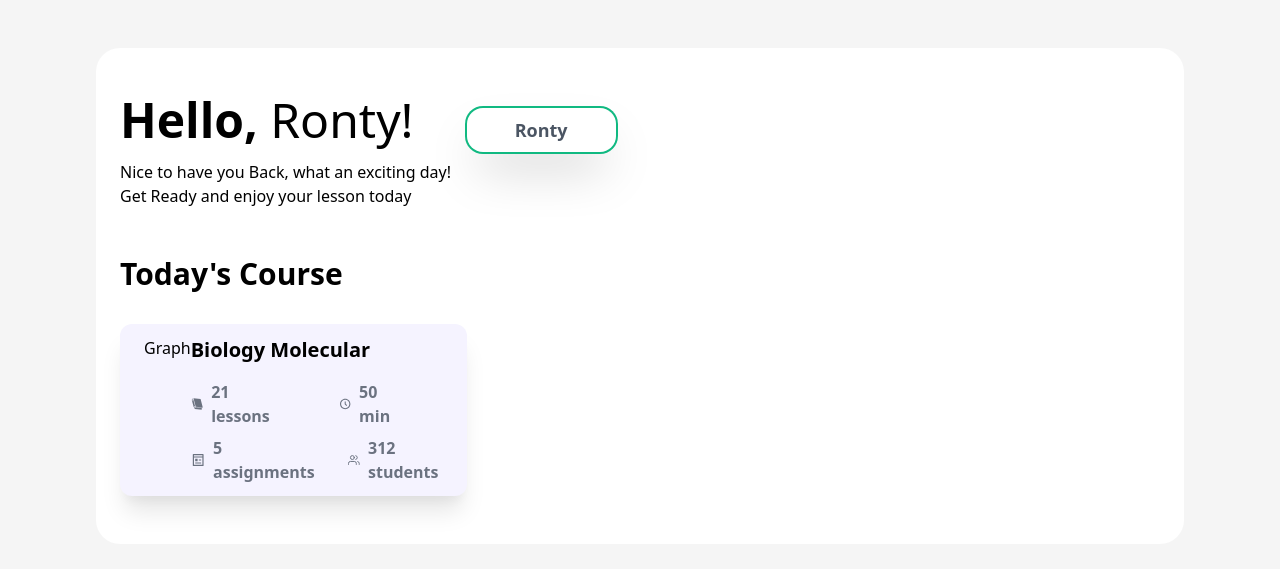
Repository: coolronts/Vite-Tailwind
Page: /
An editor plug-in stored every save of this project. The page is shown before and after the next save, followed by the edit.
The browser window is 1280 px wide. The pictures show the whole page.
The project was rebuilt for these pictures with package versions that can differ from the ones it lists, and the page was loaded fresh each time. Also part of the build but not shown: vite.config.js.

Above is the page before, as saved 2021-11-26 07:47:07.

### src/App.jsx
import './App.css'

import {Course, Intro} from './Section'
import { PrimaryButton, SecondaryButton } from './components/Button'

import {PrimaryCard} from './components/Card'
import SplitScreen from './components/SplitScreen'
import { useState } from 'react'

function App() {

  return (
    <div className="App bg-white my-12 mx-24 rounded-3xl px-6 py-12">
      <SplitScreen leftWeight = 'w-1/3'>
        <div id="left">
          <Intro/>
          <div id="course">
            <p className="text-3xl font-bold  font-sans mb-8">Today's Course</p>
            <PrimaryCard>
              <Course/>
            </PrimaryCard>
          </div>

        </div>

        <div id="right">
          <SecondaryButton name="Ronty"/>
        </div>


      </SplitScreen>
    </div>
  )
}

export default App

### src/Section/index.js
import Course from "./Course";
import Intro from "./Intro";

export { Intro, Course };

### src/components/Button/index.jsx
import React from 'react'

export const PrimaryButton = ({name}) =>{
  return (
    <button className="bg-green-500 px-12 py-2 ring-2 ring-green-500 text-white text-lg font-semibold shadow-2xl rounded-2xl mt-3">
      {name}
    </button>
  )
}

export const SecondaryButton = ({name}) =>{
  return (
    <button className="bg-white px-12 py-2 ring-2 ring-green-500 text-gray-600 text-lg font-semibold shadow-2xl rounded-2xl mt-3">
      {name}
    </button>
  )
}

### src/components/Card/index.jsx
import React from 'react'

export const PrimaryCard =({children})=> {
  return (
    <div className="bg-purple-50 py-3 px-6  rounded-xl shadow-xl">
      {children}
    </div>
  )
}

### src/components/SplitScreen/index.jsx
import PropTypes from 'prop-types'
import React from "react"
import tw from "tailwind-styled-components"

const Container = tw.div`${(props) => props.weight}`;

const Pane = tw.div`${(props) => props.weight}`;

const SplitScreen = ({
	children,
	containerWeight = 'flex w-full',
  leftWeight = 'w-1/2',
	rightWeight = 'w-1/2',
}) => {
	const [left, right] = children;
	return (
		<Container className={containerWeight}>
			<Pane className={leftWeight}>
				{left}
			</Pane>
			<Pane className={rightWeight}>
				{right}
			</Pane>
		</Container>
	);
}

export default SplitScreen

SplitScreen.propTypes = {
	children: PropTypes.arrayOf(PropTypes.node).isRequired,
	containerWeight: PropTypes.string,
	leftWeight: PropTypes.string,
	rightWeight: PropTypes.string,
}

### src/Section/Course/index.jsx
import {BiTimeFive} from 'react-icons/bi'
import {FiUsers} from 'react-icons/fi'
import { GiWhiteBook } from 'react-icons/gi'
import {PrimaryButton} from '../../components/Button'
import React from 'react'
import { RiPagesLine } from 'react-icons/ri'
import SplitScreen from '../../components/SplitScreen'

export default function Course() {
  return (
    <SplitScreen leftWeight = 'w-1/5' rightWeight = 'w-full'>
      <div id="left">
        Graph
      </div>
      <div id="right">
        <h4 className="font-bold text-xl mb-4">Biology Molecular</h4>
        <div className="flex flex-col w-5/6">
          <div className="flex  text-gray-500 font-semibold mb-2">
            <p className="flex items-center mr-16"> <GiWhiteBook className="mr-2"/>  21 lessons</p>
            <p className="flex items-center"> <BiTimeFive className="mr-2"/>  50 min</p>
          </div>
          <div className="flex  text-gray-500 font-semibold text-left">
            <p className="flex items-center mr-8"> <RiPagesLine className="mr-2"/>  5 assignments</p>
            <p className="flex items-center"> <FiUsers className="mr-2"/>  312 students</p>
          </div>
        </div>
      </div>
    </SplitScreen>
  )
}

### src/Section/Intro/index.jsx
import React from 'react'

export default function Intro({name}) {
  return (
    <div className="mb-12">
      <h3 className="text-5xl font-sans font-bold mb-4">Hello, <span className="font-light">Ronty!</span> </h3>
      <div className="font-semibold tracking-wide text-gray-500">

      </div>
      <h5>Nice to have you Back, what an exciting day!</h5>
      <h5>Get Ready and enjoy your lesson today</h5>
    </div>
  )
}

Loaded but not shown: index.html (common file); src/main.jsx (common file); src/index.css (common file); src/App.css (common file); tailwind.config.js (common file)

After the next save:
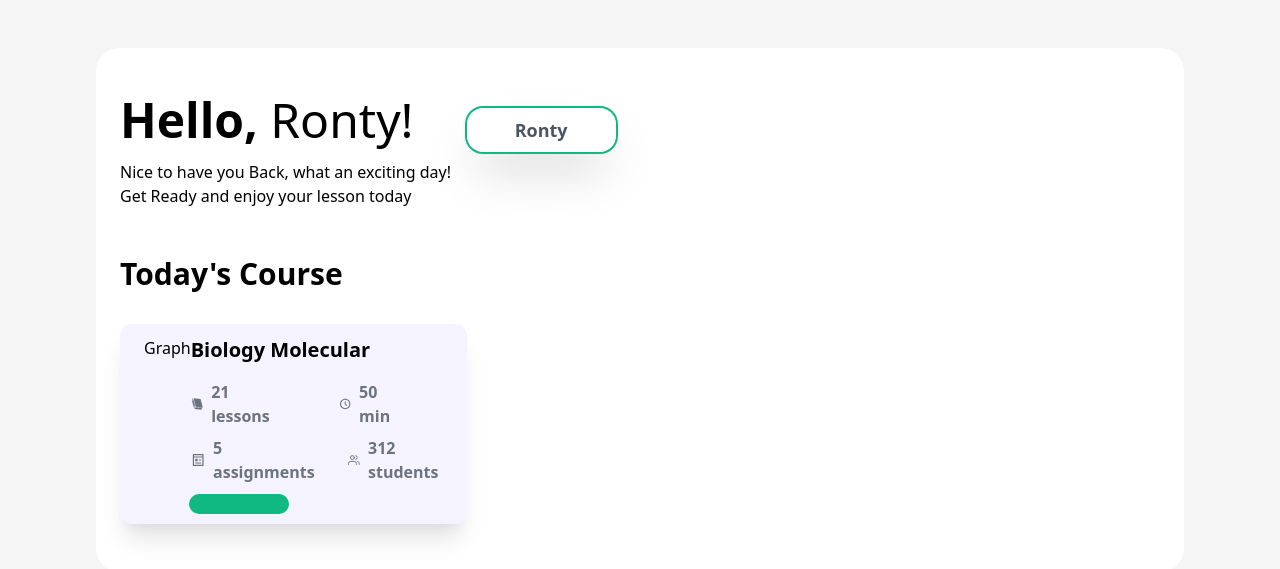
Saved 45 s later.
--- a/src/Section/Course/index.jsx
+++ b/src/Section/Course/index.jsx
@@ -24,6 +24,9 @@ export default function Course() {
             <p className="flex items-center"> <FiUsers className="mr-2"/>  312 students</p>
           </div>
         </div>
+        <div className="flex">
+          <PrimaryButton/>
+        </div>
       </div>
     </SplitScreen>
   )
